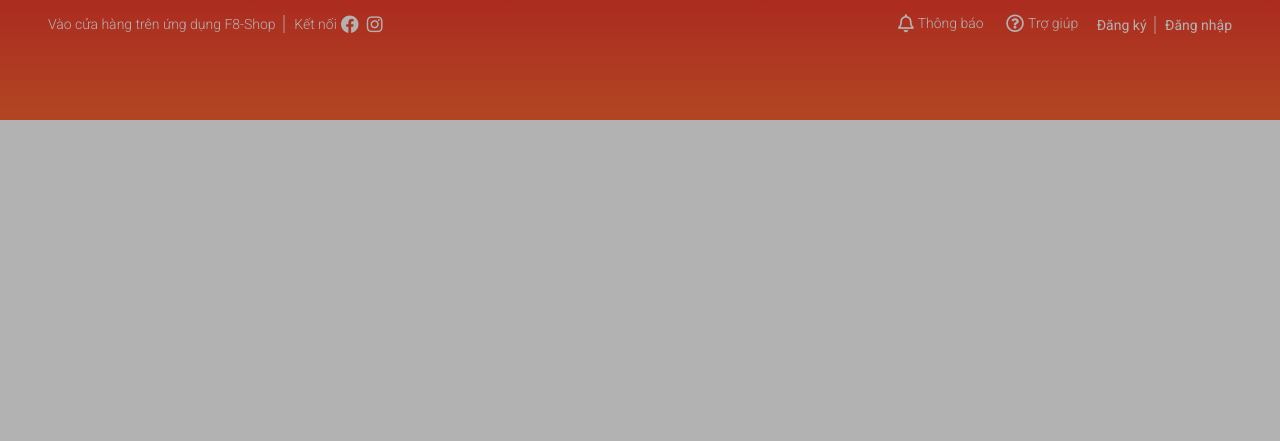
Repository: vanntrong/F8-Shop
Page: index.html
An editor plug-in stored every save of this project. The page is shown before and after the next save, followed by the edit.
The browser window is 1280 px wide. The pictures show the whole page.

Above is the page before, as saved 2021-09-01 19:34:36.

After the next save:
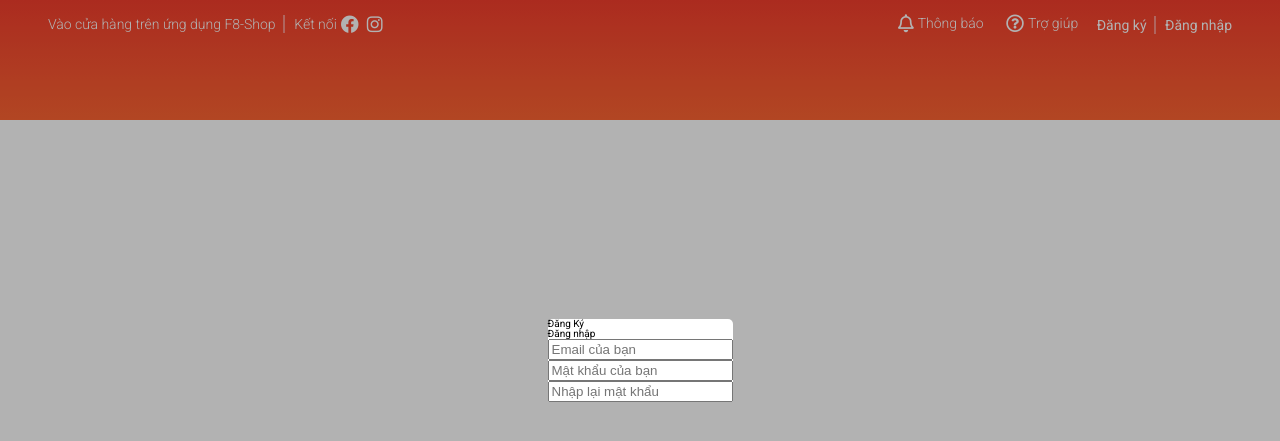
Saved 7 min 13 s later.
--- a/index.html
+++ b/index.html
@@ -152,7 +152,27 @@
       <div class="modal__overplay"></div>
 
       <div class="modal__body">
-        <div class="modal__inner"></div>
+        <div class="modal__inner">
+          <!-- authen form -->
+          <div class="auth-form">
+            <div class="auth-form__header">
+              <h3 class="auth-form__heading">Đăng Ký</h3>
+              <span class="auth-form__switch-btn">Đăng nhập</span>
+            </div>
+
+            <div class="auth-form__form">
+              <div class="auth-form__group">
+                <input type="text" class="auth-form__input" placeholder="Email của bạn" />
+              </div>
+              <div class="auth-form__group">
+                <input type="password" class="auth-form__input" placeholder="Mật khẩu của bạn" />
+              </div>
+              <div class="auth-form__group">
+                <input type="password" class="auth-form__input" placeholder="Nhập lại mật khẩu" />
+              </div>
+            </div>
+          </div>
+        </div>
       </div>
     </div>
   </body>
